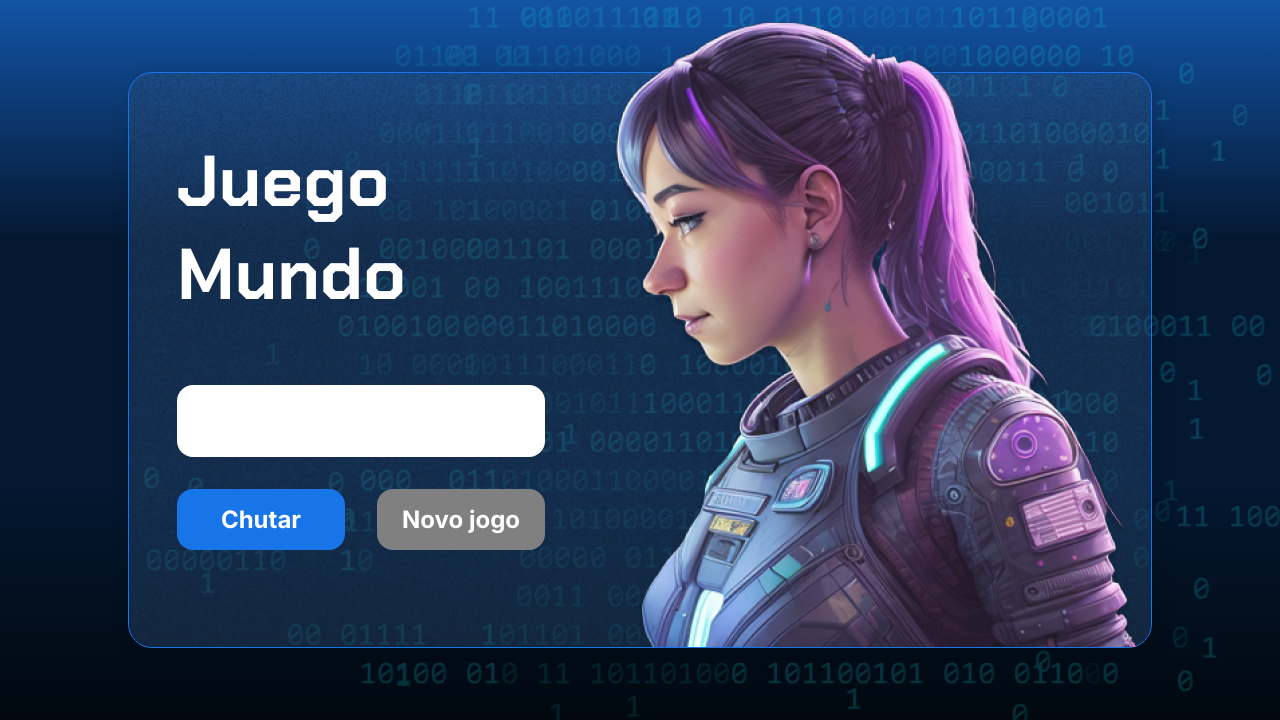
Repository: AnaFzCz/JuegoDeNumeroSecreto
Page: index.html
An editor plug-in stored every save of this project. The page is shown before and after the next save, followed by the edit.
The browser window is 1280 px wide. The pictures show the whole page.

Above is the page before, as saved 2025-02-02 23:23:13.

After the next save:
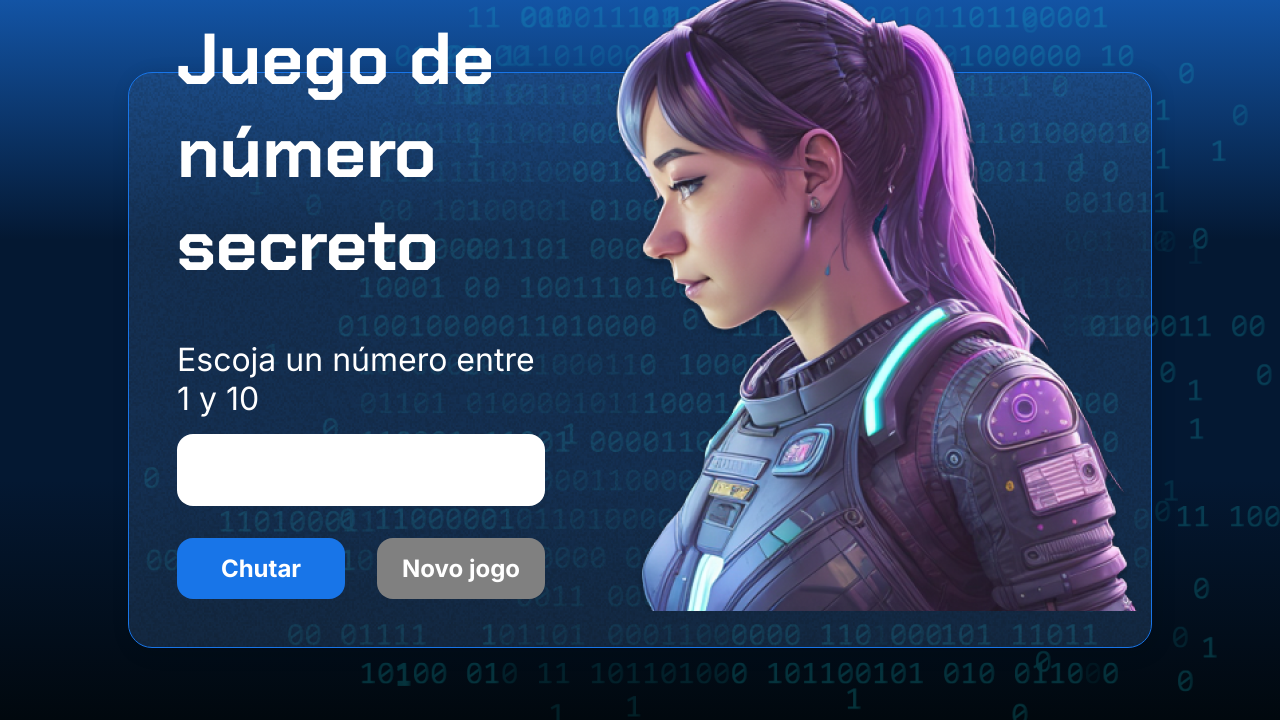
Saved 115 s later.
--- a/app.js
+++ b/app.js
@@ -1,2 +1,6 @@
 let titulo = document.querySelector('h1');
-titulo.innerHTML = ("Juego Mundo");
+titulo.innerHTML = ("Juego de número secreto");
+
+
+let parrafo = document.querySelector('p');
+parrafo.innerHTML = 'Escoja un número entre 1 y 10';
